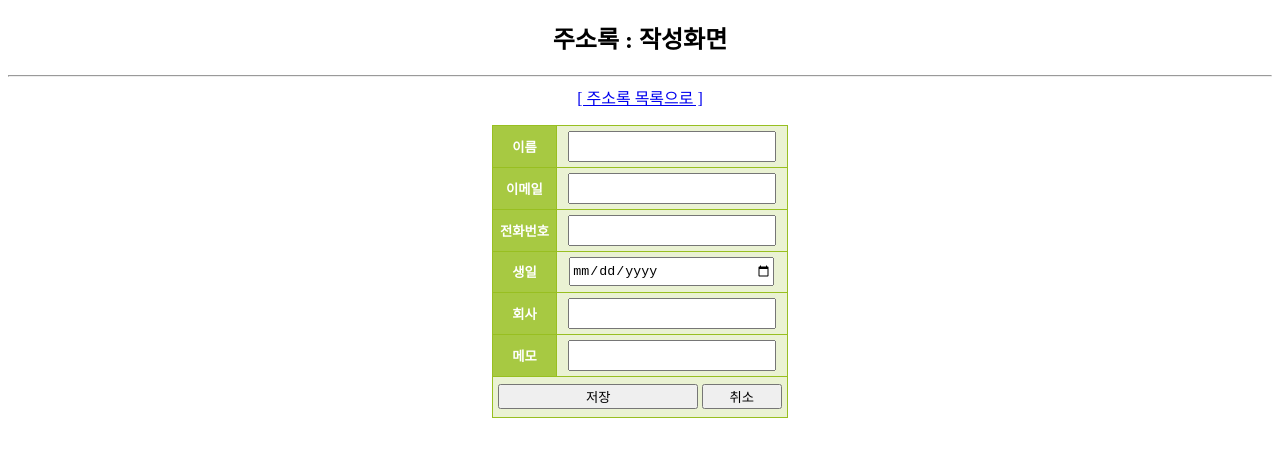
Repository: BeigeBear/TEST
Page: http://localhost/Addrbook/WebContents/addrbook_form.jsp
An editor plug-in stored every save of this project. The page is shown before and after the next save, followed by the edit.
The browser window is 1280 px wide. The pictures show the whole page.
The page is served by Tomcat 9. Nobody is signed in. The application's start-up code is not run.

Above is the page before, as saved 2022-12-06 03:03:29.

After the next save:
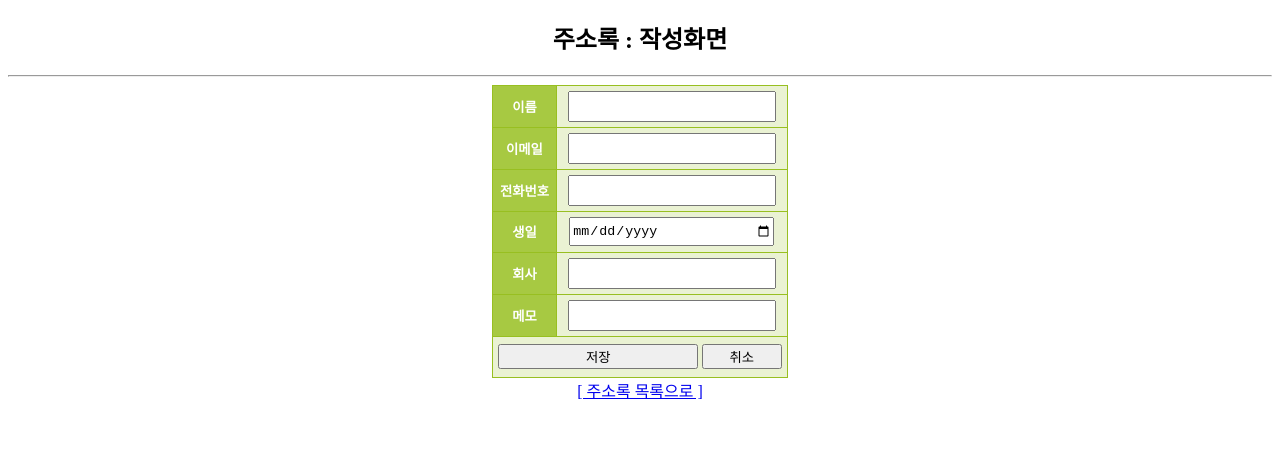
Saved 21 s later.
--- a/Addrbook/WebContents/addrbook_form.jsp
+++ b/Addrbook/WebContents/addrbook_form.jsp
@@ -15,7 +15,6 @@
 <div align="center">
 	<h2>주소록 : 작성화면</h2>
 	<hr>
-	<a href=index.jsp>[ 주소록 목록으로 ]</a><p>
 	<form name = form1 method=post action=addrbook_control.jsp>
 	<input type="hidden" name="action" value="insert">
 	<table border="1">
@@ -58,6 +57,7 @@
 
 	</table>
 	</form>
+	<a href=index.jsp>[ 주소록 목록으로 ]</a><p>
 </div>
 
 </body>
